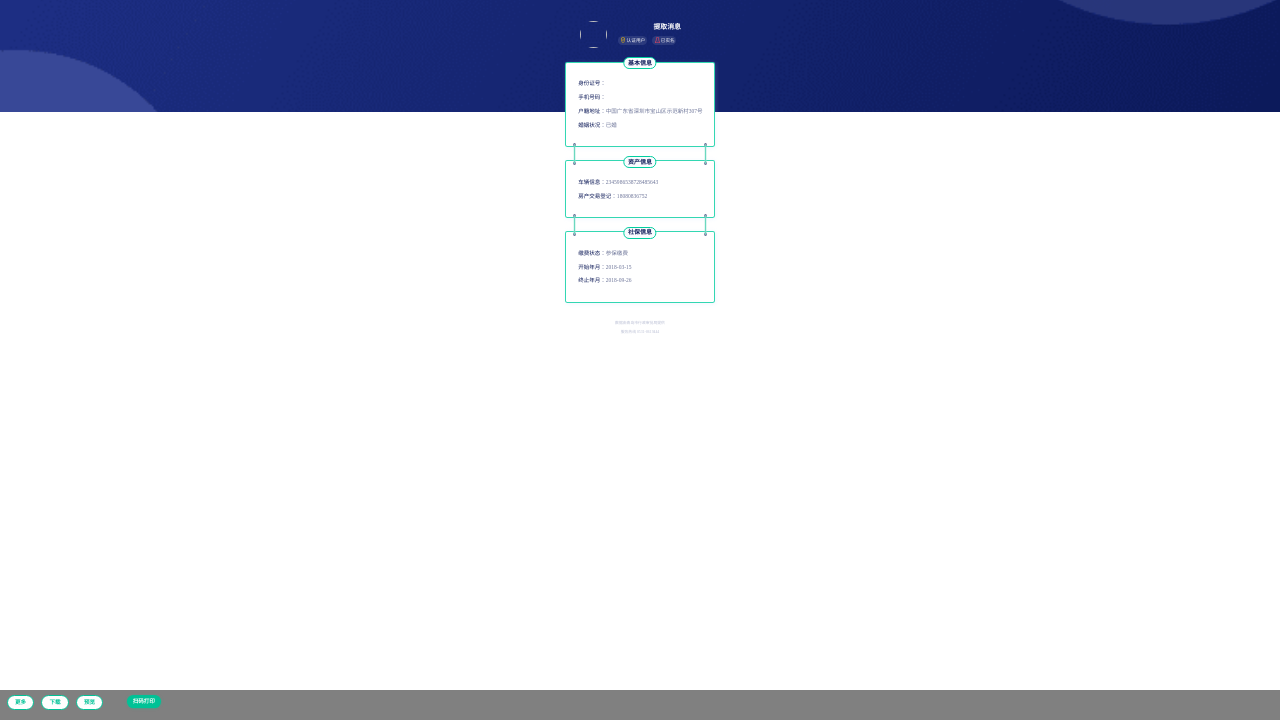
Repository: zlpstart/qingdao-new
Page: /Record
These files come from the project's save history. The page is drawn as it stood at one moment and after the next save; the edit follows.
The browser window is 1280 px wide. The pictures show the whole page.
The page's requests for data from a server got no answer. Some web fonts or font styles are not loaded; a fallback is used. The project was rebuilt for these pictures with package versions that can differ from the ones it lists, and the page was loaded fresh each time. No one was signed in, and anything a server would have sent is missing. Also part of the build but not shown: src/components/MySpace.vue, src/components/Home.vue, src/components/Enterprise.vue, src/components/Opinion.vue, src/components/Opinion2.vue, src/components/Car.vue, src/components/House.vue, src/components/License.vue and 5 more.

Above is the page before, as saved 2019-09-22 19:53:07.

After the next save:
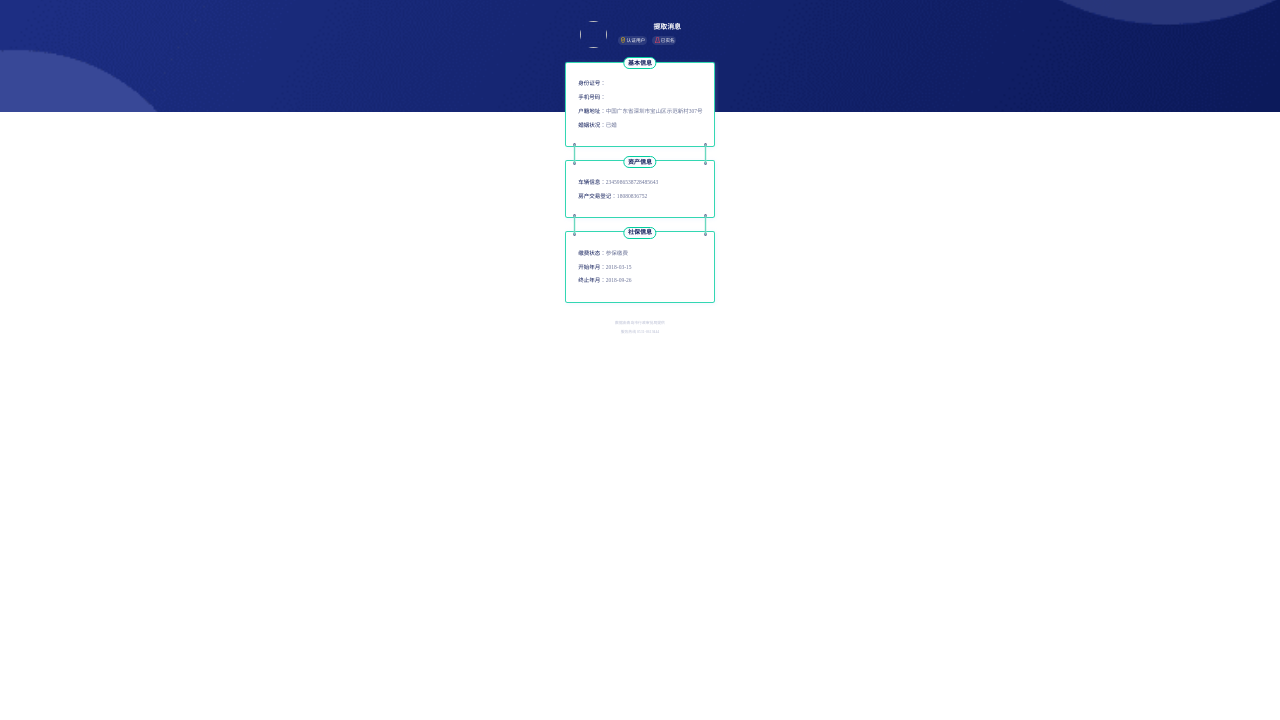
Saved 71 s later.
--- a/src/components/Record.vue
+++ b/src/components/Record.vue
@@ -103,7 +103,7 @@
         </div>
       </div>
     </div>
-    <div class="footer" v-if="!changeStyle">
+    <div class="footer" v-if="changeStyle">
       <div class="footer_btn1">更多</div>
       <div class="footer_btn2">下载</div>
       <div class="footer_btn3">预览</div>
